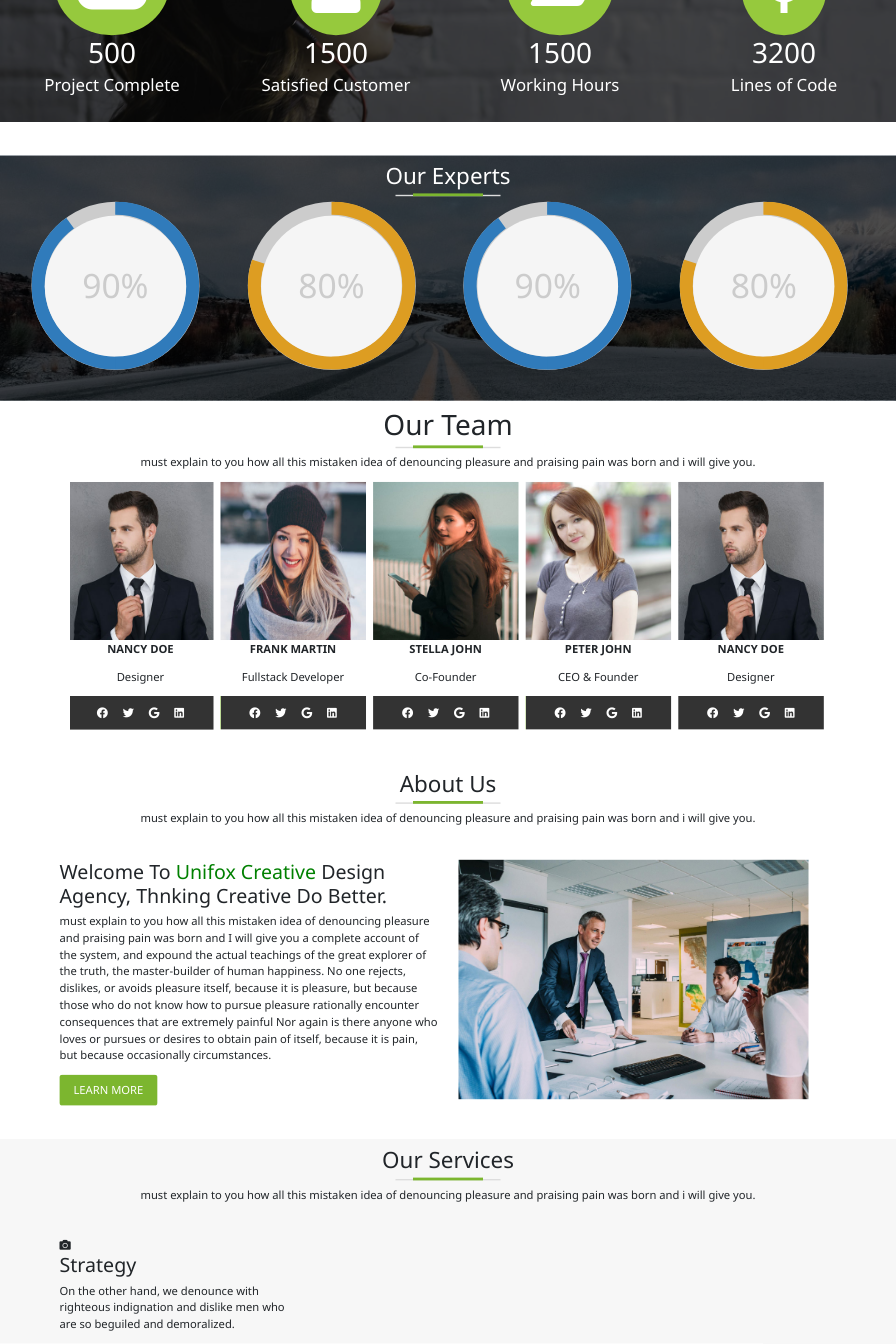
Repository: ibrkhalil/Uniforce-First-Attempt
Page: index.html
These files come from the project's save history. The page is drawn as it stood at one moment and after the next save; the edit follows.
The browser window is 1280 px wide. The pictures show the part of the page from y = 845 to 2765 px (the page is 2765 px tall), at 70% of full size.
Backgrounds fixed to the window are drawn as part of the page.

Above is the page before, as saved 2021-01-24 02:42:19.

After the next save:
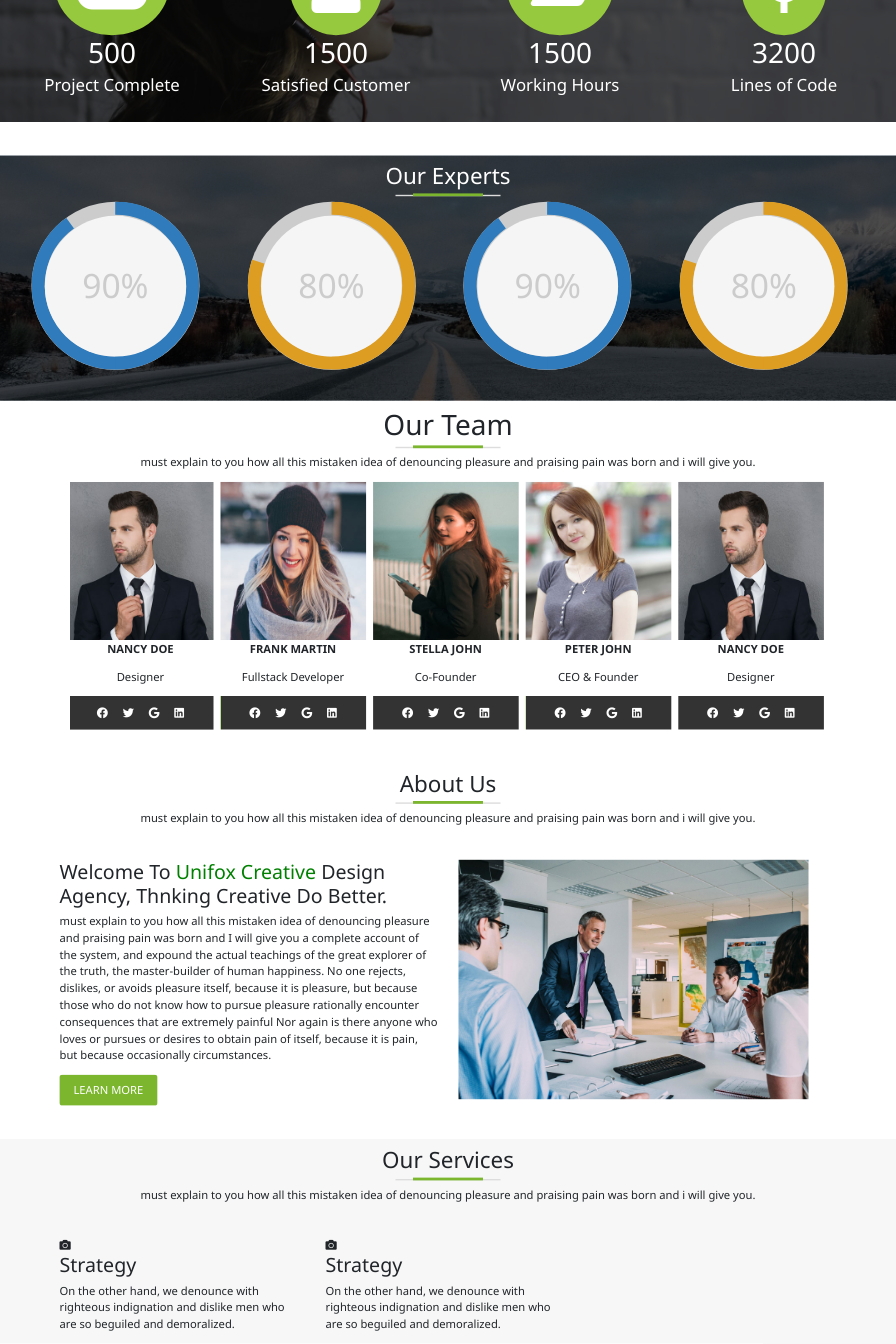
Saved 11 s later.
--- a/index.html
+++ b/index.html
@@ -303,7 +303,9 @@
                                 <p>On the other hand, we denounce with righteous indignation and dislike men who are so beguiled and demoralized.</p>
                             </div>
                             <div class="col-md-4">
-
+                                <i class="fas fa-camera"></i>
+                                <h3>Strategy</h3>
+                                <p>On the other hand, we denounce with righteous indignation and dislike men who are so beguiled and demoralized.</p>
                             </div>
                             <div class="col-md-4"></div>
                         </div>
